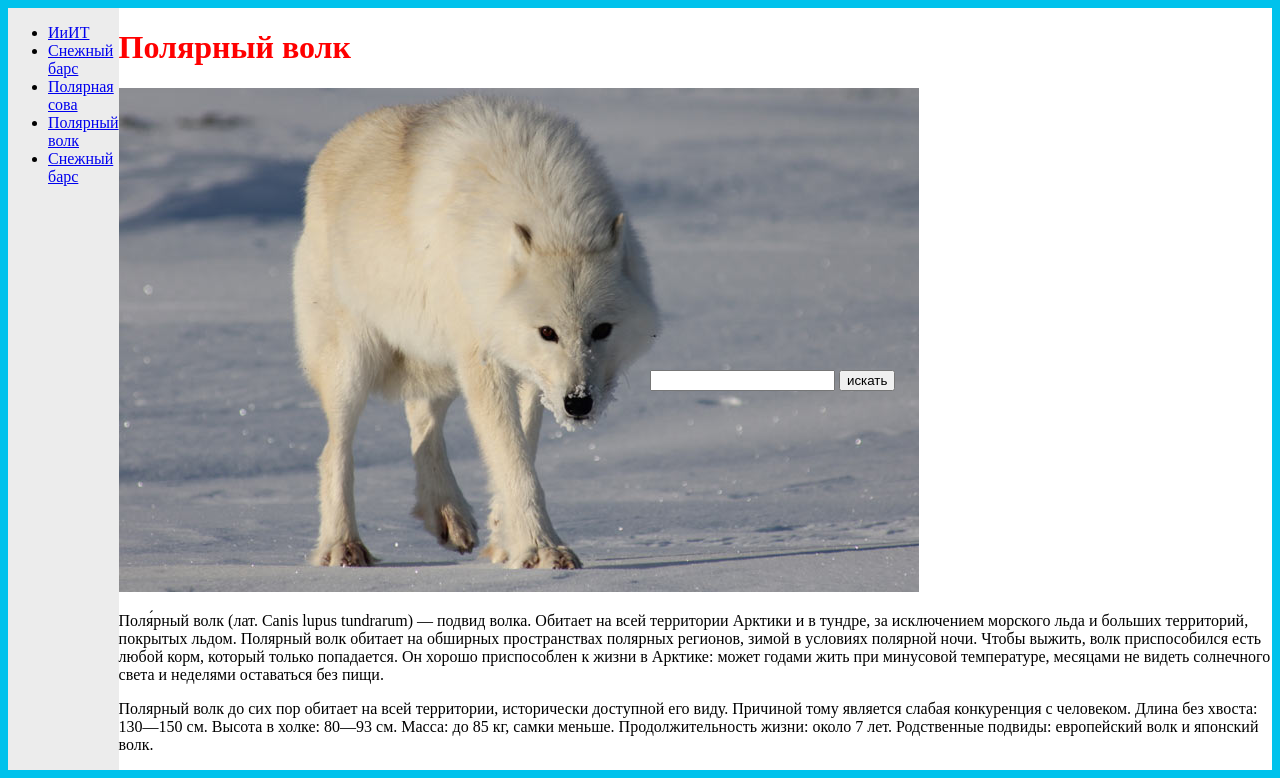
Repository: polinamalysheva/polina.github.io
Page: week11/4.html
The author's editor kept a record of every edit. The page is drawn from the files as they stood at one moment, then again after the next edit.
The browser window is 1280 px wide. The pictures show the whole page.

Above is the page before.

After the next edit:
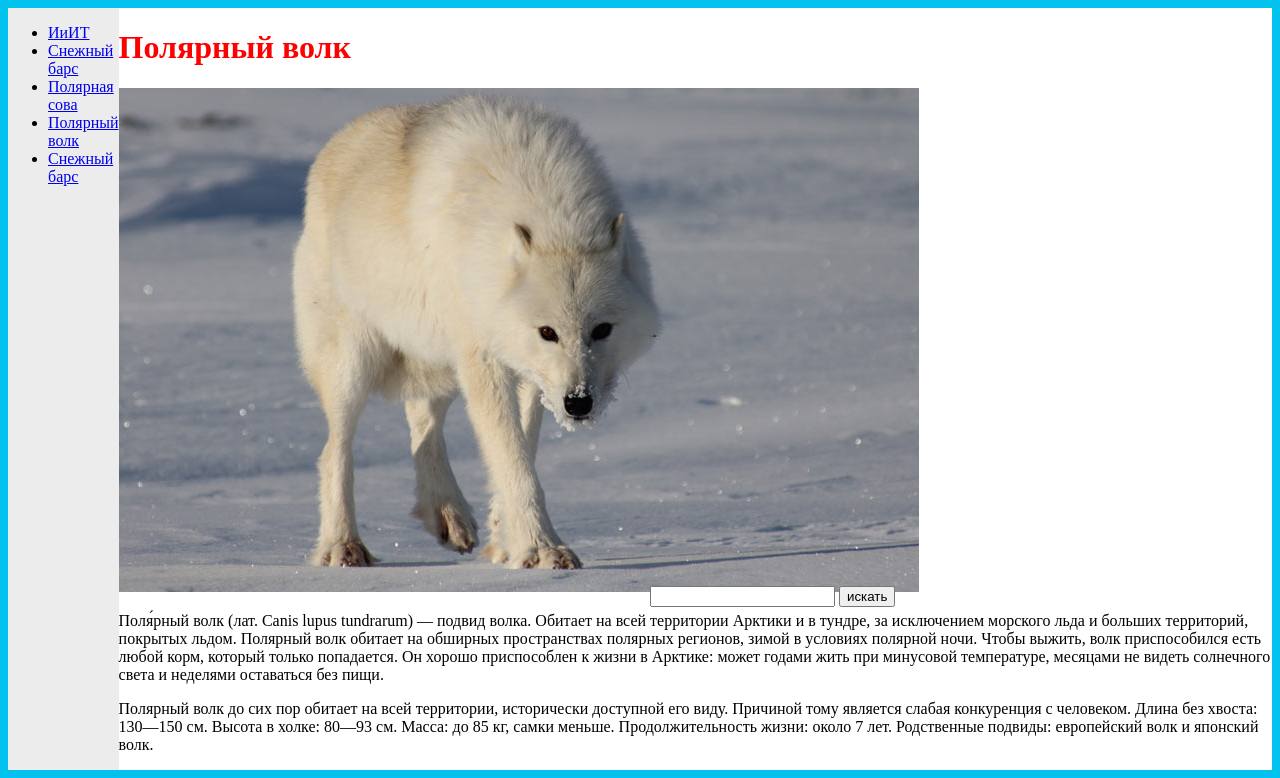
The edit:
--- a/week11/4.html
+++ b/week11/4.html
@@ -28,7 +28,7 @@
    Длина без хвоста: 130—150 см. Высота в холке: 80—93 см. Масса: до 85 кг, самки меньше. Продолжительность жизни: около 7 лет. Родственные подвиды: европейский волк и японский волк.</p>
      </main>
     </div>
-    <div id="google">
+    <div id="google2">
                 <form action="https://www.google.com/search" method="get">
                 <input type="text" name="q">
                 <input type="submit" value="искать">
